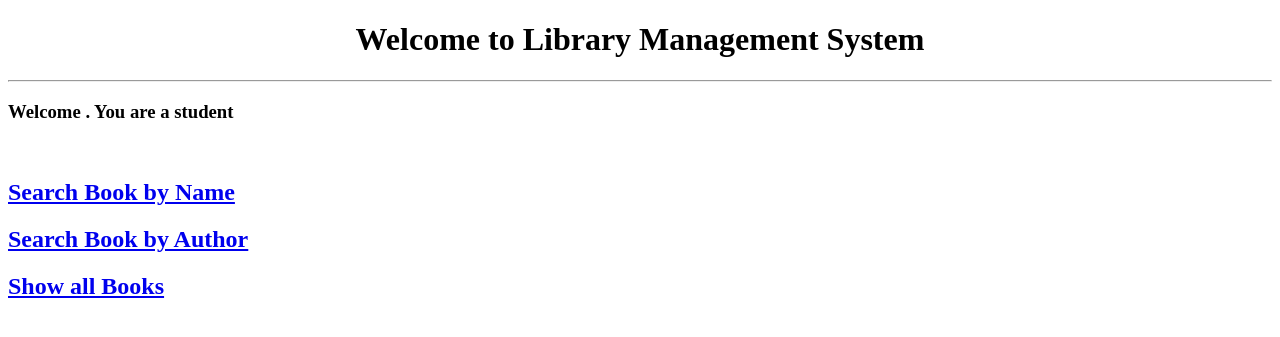
Repository: paragpatidar/LibraryManagementSystem
Page: http://localhost/LibraryManagementSystemSpring/WEB-INF/ui/StudentOperation.jsp
These files come from the project's save history. The page is drawn as it stood at one moment and after the next save; the edit follows.
The browser window is 1280 px wide. The pictures show the whole page.
The page is served by Tomcat 9. Nobody is signed in. The template is opened directly, without the code that normally fills it, so the values that code supplies are empty.

Above is the page before, as saved 2017-11-08 05:33:59.

After the next save:
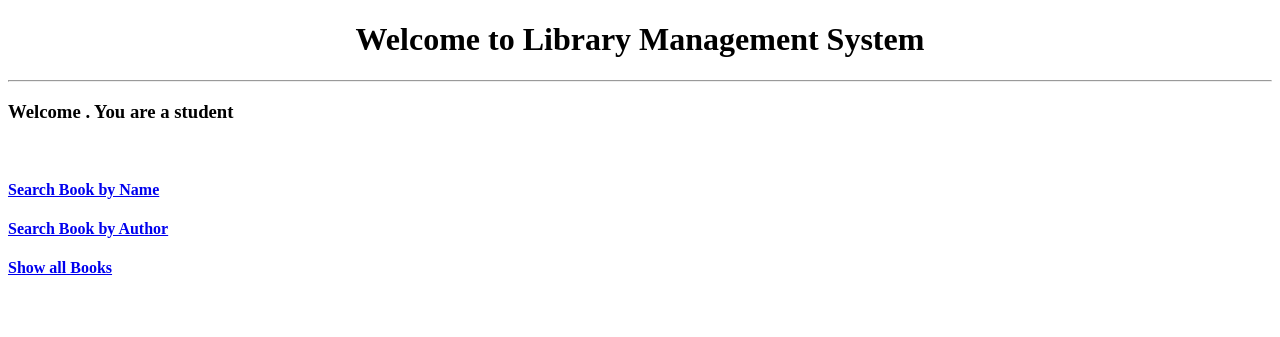
Saved 11 min 45 s later.
--- a/LibraryManagementSystemSpring/WebContent/WEB-INF/ui/StudentOperation.jsp
+++ b/LibraryManagementSystemSpring/WebContent/WEB-INF/ui/StudentOperation.jsp
@@ -12,9 +12,9 @@
 	<div id="form">
 		<h3>Welcome ${userName}. You are a student</h3>
 		<br>
-		<h2><a href="searchByName.htm">Search Book by Name</a></h2>
-		<h2><a href="searchByAuthor.htm">Search Book by Author</a></h2>
-		<h2><a href="showAll.htm">Show all Books</a></h2>
+		<h4><a href="searchByName.htm">Search Book by Name</a></h4>
+		<h4><a href="searchByAuthor.htm">Search Book by Author</a></h4>
+		<h4><a href="showAll.htm">Show all Books</a></h4>
 	</div>
 </body>
 </html>
